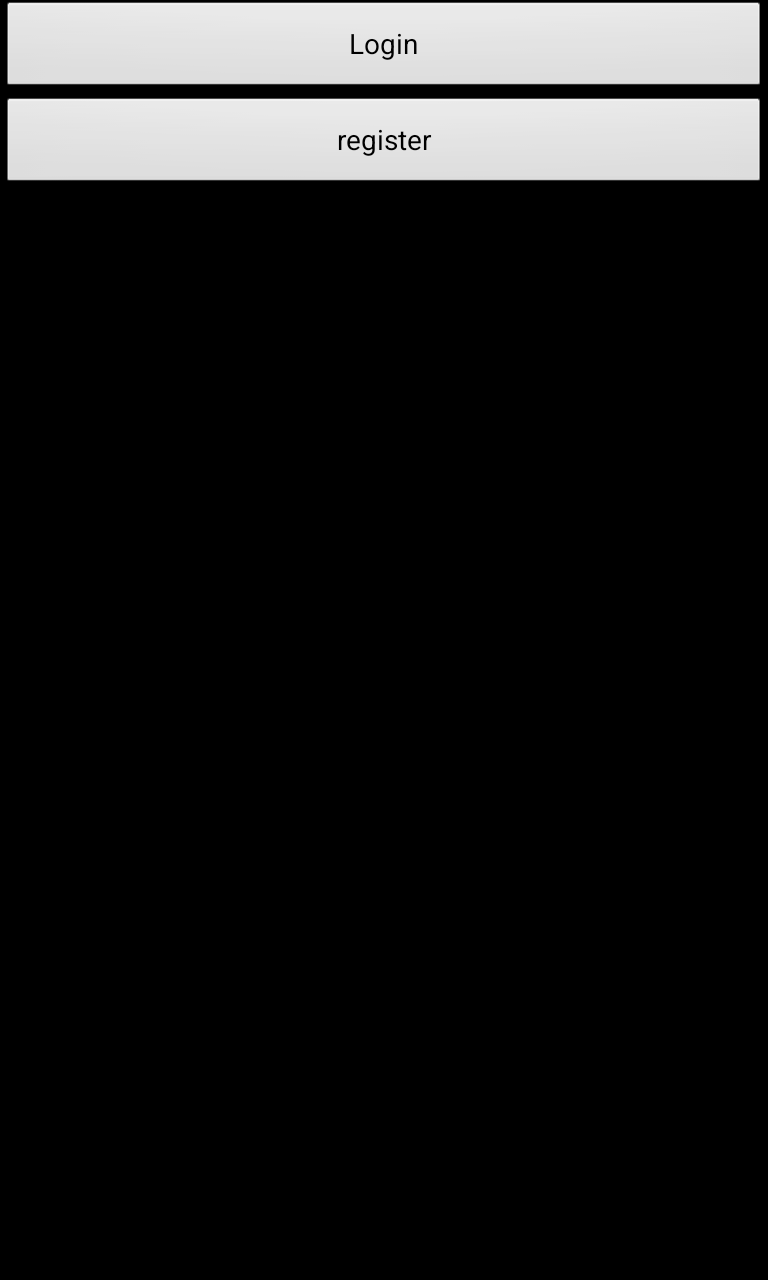
Repository: SENGMonster/SpagehttiCode
Layout: BattleshipApplication/res/layout/main.xml
An editor plug-in stored every save of this project. The layout is shown before and after the next save, followed by the edit.
It is drawn on a 768 x 1280 px phone screen (xhdpi) without system bars, with theme android:Theme; the app's code is not run.

Above is the layout before, as saved 2012-06-14 13:07:17.

### BattleshipApplication/res/layout/main.xml
<?xml version="1.0" encoding="utf-8"?>
<LinearLayout xmlns:android="http://schemas.android.com/apk/res/android"
    android:layout_width="match_parent"
    android:layout_height="match_parent"
    android:orientation="vertical" >

    <Button
        android:id="@+id/log"
        android:layout_width="match_parent"
        android:layout_height="wrap_content"
        android:text="Login" />

    <Button
        android:id="@+id/reg"
        android:layout_width="match_parent"
        android:layout_height="wrap_content"
        android:text="register" />

</LinearLayout>

After the next save:
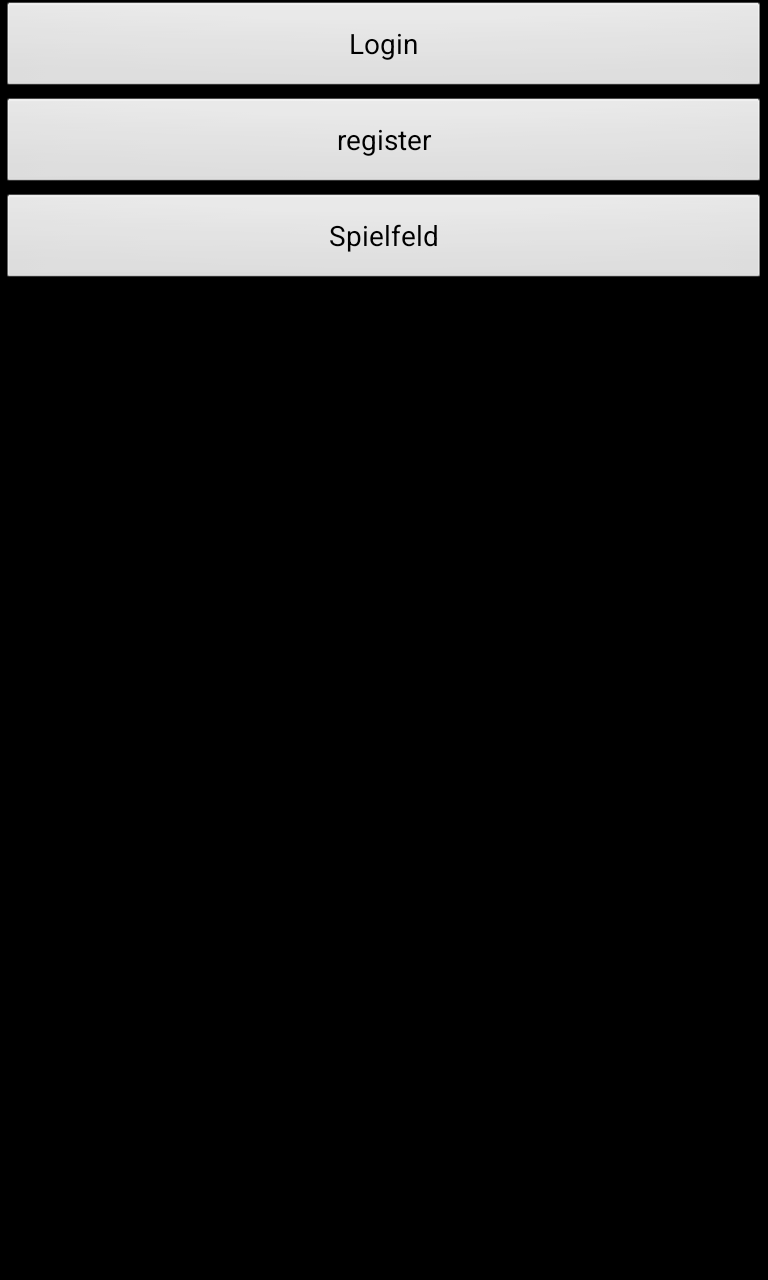
Saved 59 s later.
--- a/BattleshipApplication/res/layout/main.xml
+++ b/BattleshipApplication/res/layout/main.xml
@@ -16,4 +16,12 @@
         android:layout_height="wrap_content"
         android:text="register" />
 
+
+
+    <Button
+        android:id="@+id/button1"
+        android:layout_width="match_parent"
+        android:layout_height="wrap_content"
+        android:text="Spielfeld" />
+
 </LinearLayout>
